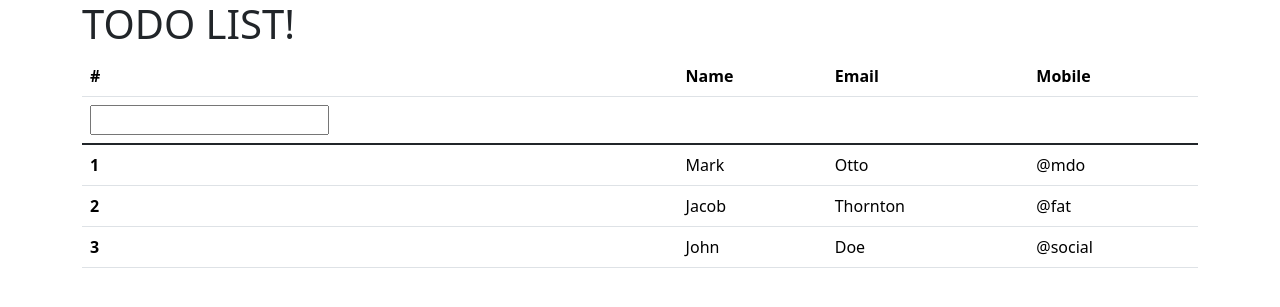
Repository: faizrehmandeveloper-spec/mern
Page: js/todo.html
The author's editor kept a copy of each file at every save. The page is drawn from the files as they stood at one save, then again after the next save.
The browser window is 1280 px wide. The pictures show the whole page.

Above is the page before, as saved 2026-06-25 11:34:06.

### js/todo.html
<!doctype html>
<html lang="en">

<head>
    <meta charset="utf-8">
    <meta name="viewport" content="width=device-width, initial-scale=1">
    <title>Bootstrap demo</title>
    <link href="https://cdn.jsdelivr.net/npm/bootstrap@5.3.8/dist/css/bootstrap.min.css" rel="stylesheet"
        integrity="sha384-sRIl4kxILFvY47J16cr9ZwB07vP4J8+LH7qKQnuqkuIAvNWLzeN8tE5YBujZqJLB" crossorigin="anonymous">
</head>

<body>
    <div class="container">
        <h1>TODO LIST!</h1>
        <table class="table">
            <thead>
                <tr>
                    <th scope="col">#</th>
                    <th scope="col">Name</th>
                    <th scope="col">Email</th>
                    <th scope="col">Mobile</th>
                </tr>
                <tr>
                    <th><input type="text"></th>
                </tr>
            </thead>
            <tbody class="table-group-divider">
                <tr>
                    <th scope="row">1</th>
                    <td>Mark</td>
                    <td>Otto</td>
                    <td>@mdo</td>
                </tr>
                <tr>
                    <th scope="row">2</th>
                    <td>Jacob</td>
                    <td>Thornton</td>
                    <td>@fat</td>
                </tr>
                <tr>
                    <th scope="row">3</th>
                    <td>John</td>
                    <td>Doe</td>
                    <td>@social</td>
                </tr>
            </tbody>
        </table>
    </div>
    <script src="https://cdn.jsdelivr.net/npm/bootstrap@5.3.8/dist/js/bootstrap.bundle.min.js"
        integrity="sha384-FKyoEForCGlyvwx9Hj09JcYn3nv7wiPVlz7YYwJrWVcXK/BmnVDxM+D2scQbITxI"
        crossorigin="anonymous"></script>
</body>

</html>

After the next save:
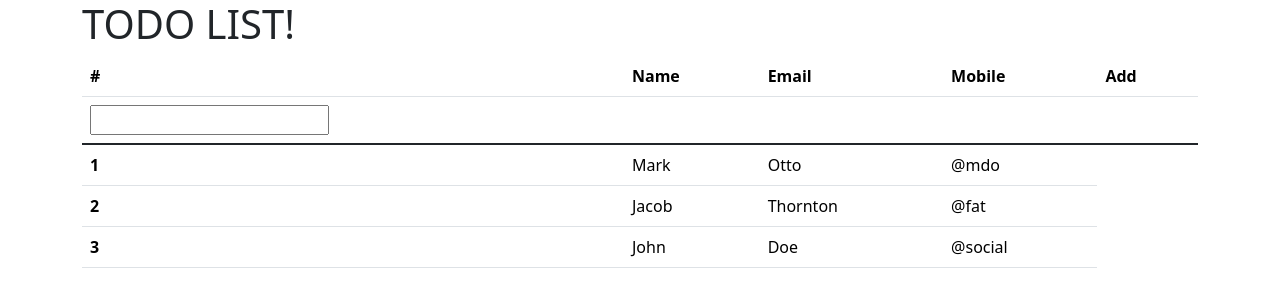
Saved 12 s later.
--- a/js/todo.html
+++ b/js/todo.html
@@ -19,6 +19,7 @@
                     <th scope="col">Name</th>
                     <th scope="col">Email</th>
                     <th scope="col">Mobile</th>
+                    <th scope="col">Add</th>
                 </tr>
                 <tr>
                     <th><input type="text"></th>
